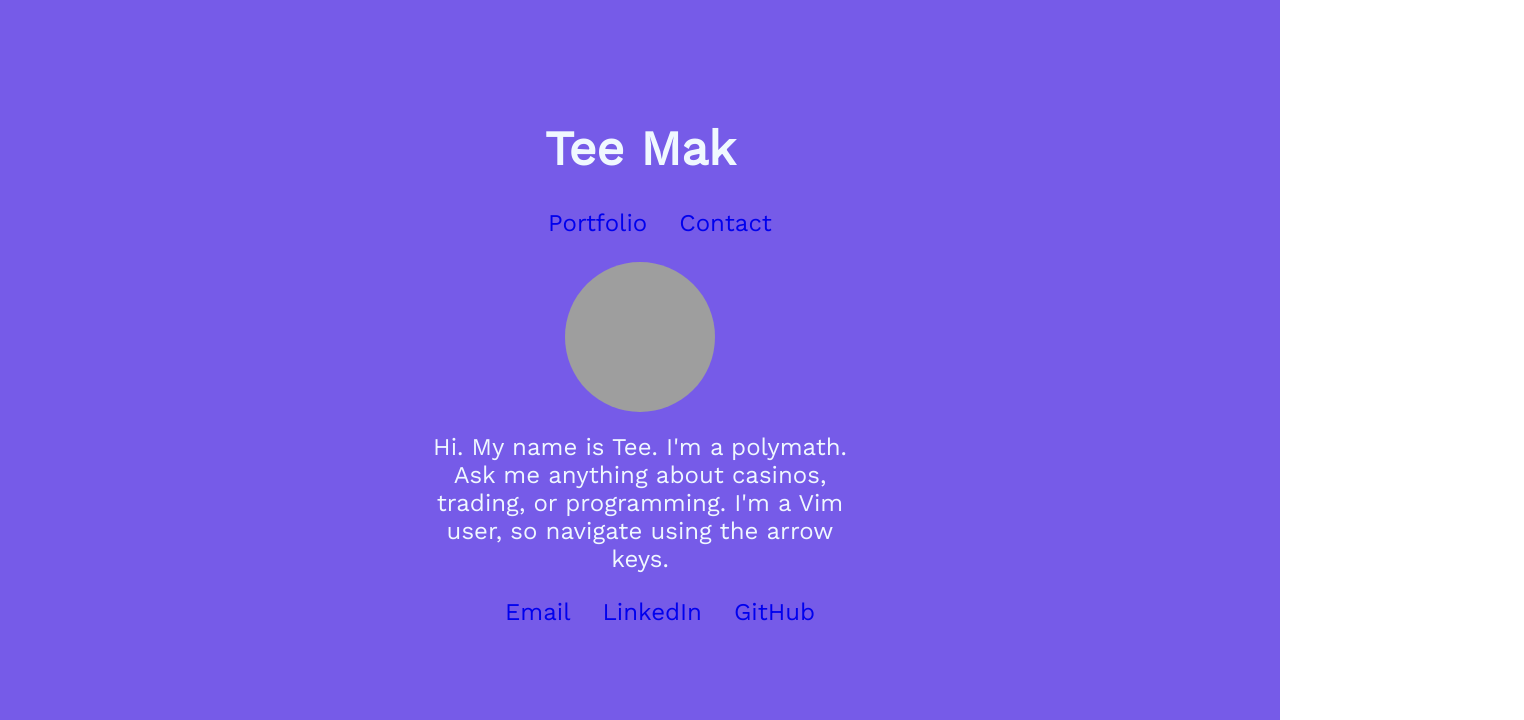
Repository: BAAMOSK/my-portfolio
Page: index.html
The author's editor kept a copy of each file at every save. The page is drawn from the files as they stood at one save, then again after the next save.
The browser window is 1280 px wide. The page is 1280 px wide, then 1524 px, so the pictures cover 1524 px, including what lies to the right of the window. The pictures show the part of the page from y = 0 to 784 px (the page is 720 px tall before and 1236 px after).
Pictures or frames that could not be fetched are drawn as grey boxes. Some web libraries are served in a nearby version.

Above is the page before, as saved 2017-06-06 23:25:35.

### index.html
<!doctype HTML>
<html lang="en">
<head>
  <meta charset="utf-8">
  <meta name="viewport" content="width=device-width, initial-scale=1">
  <title>Tee Mak</title>
  <link href="https://fonts.googleapis.com/css?family=Work+Sans" rel="stylesheet">
  <link rel="stylesheet" href="styles.css">
</head>
<body id='root'>
  <script src="https://ajax.googleapis.com/ajax/libs/jquery/3.2.1/jquery.min.js"></script>
  <script src="app.js"></script>
</body>
</html>

### styles.css

body {
	margin: 0;
	padding: 0;
	border: 0;
	font-size: 1.5em;
	font-family: 'Work Sans', sans-serif;
	color: aliceblue;
}

header {
	text-align: center;
}

.bio {
	position: fixed;
	height: 100%;
	width: 100%;
	background: #765BE8;
}

.work {
	background: #709DFF;
}

.contact {
	background: #E38FFF;
}

.showcase {
	width: 50%;
	margin: 0 auto;
	text-align: center;
}

.name {
	margin-top: 120px;
}

.headshot {
	border-radius: 50%;
}

.main-nav ul, .contact-links ul, .project-links ul {
	margin: 25px;
	list-style: none;
	display: flex;
	justify-content: center;
}

.main-nav ul li a, .contact-links ul li a, .project-links ul li a {
	margin: 0 16px;
	text-decoration: none;
}

#about {
	width: 65%;
	margin: 15px auto;
}

.work {
	width: 50%;
	margin: 0 auto;
}

h2, h3 {
	text-align: center;
}

.project {
	width: 100%;
}

.images {
	margin: 0 126px;
}

.primary-projects, .ancillary-projects {
	display: flex;
	justify-content: space-around;
}

.project-stack {
	list-style: none;
	text-align: center;
}

.project-description {
	width: 100%;
	text-align: center;
}

### app.js
const greeting = 'Hi! My name is Tee. Like what you see? Contact me @ bunth667@gmail.com.';

$(document).ready(function() {
  console.log(greeting);
  $('#root').html(state.templates[0]);
});


const main = `<header class="bio">
                <div class="showcase">
                  <h1 class="name">
                    Tee Mak
                  </h1>
                  <nav class="main-nav">
                    <ul>
                      <li class="main-nav-link"><a href="#work">Portfolio</a></li>
                      <li class="main-nav-link"><a href="#contact">Contact</a></li>
                    </ul>
                  </nav>
                  <img class="headshot" src="http://unsplash.it/150/150" alt="J. Random Hacker headshot">
                    <p class="about" id="about">
                      Hi. My name is Tee. I'm a polymath. Ask me anything about casinos, trading, or programming. I'm a Vim user, so navigate using the arrow keys.
                    </p>
                  <nav class="contact-links">
                    <ul>
                      <li class="contact-link contact-link-email"><a href="mailto:jrandomhacker@example.com">Email</a></li>
                      <li class="contact-link contact-link-linkedin"><a href="https://www.linkedin.com">LinkedIn</a></li>
                      <li class="contact-link contact-link-github"><a href="https://www.github.com">GitHub</a></li>
                    </ul>
                  </nav>
                </div>
              </header>`;

const portfolio = `<section class="work" id="work">
                    <h2>Portfolio</h2>
                    <div class="primary-projects">
                      <section class="project">
                        <h3>Regulator</h3>
                          <div class="images">
                            <img class="project-image" src="http://unsplash.it/350/150?random&amp;bust=1" alt="Frobnicator screenshot">
                          </div>
                        <p class="project-description">
                          Lorem Ipsum is simply dummy text of the printing and typesetting industry. Lorem Ipsum has been the industry's standard dummy
                          text ever since the 1500s, when an unknown printer took a galley of type and scrambled it to make a type
                          specimen book.
                        </p>
                        <ul class="project-stack">
                          <li class="project-stack-item">
                            React
                          </li>
                          <li class="project-stack-item">
                          Redux
                          </li>
                          <li class="project-stack-item">
                          Node.js
                          </li>
                        </ul>
                        <nav class="project-links">
                          <ul>
                            <li class="project-link project-link-live">
                              <a href="#">Live demo</a>
                            </li>
                            <li class="project-link project-link-github">
                              <a href="#">Source code</a>
                            </li>
                          </ul>
                        </nav>
                      </section>
                      <section class="project">
                        <h3>FooBar</h3>
                          <div class="images">
                            <img class="project-image" src="http://unsplash.it/350/150?random&amp;bust=2" alt="FooBar screenshot">
                          </div>
                          <p class="project-description">
                            A foo which allows you to bar other bazes.
                          </p>
                          <ul class="project-stack">
                            <li class="project-stack-item">
                              React
                            </li>
                            <li class="project-stack-item">
                              Redux
                            </li>
                            <li class="project-stack-item">
                              Node.js
                            </li>
                          </ul>
                        <nav class="project-links">
                          <ul>
                            <li class="project-link project-link-live">
                              <a href="#">Live demo</a>
                            </li>
                            <li class="project-link project-link-github">
                              <a href="#">Source code</a>
                            </li>
                          </ul>
                        </nav>
                      </section>
                    </div>
                    <div class="ancillary-projects">
                      <section class="project">
                        <h3>AliceBob</h3>
                        <div class="images">
                          <img class="project-image" src="http://unsplash.it/350/150?random&amp;bust=3" alt="AliceBob screenshot">
                        </div>
                        <p class="project-description">
                          An Alice which allows you to Bob other Eves.
                        </p>
                        <ul class="project-stack">
                          <li class="project-stack-item">
                            React
                          </li>
                          <li class="project-stack-item">
                            Redux
                          </li>
                          <li class="project-stack-item">
                            Node.js
                          </li>
                        </ul>
                        <nav class="project-links">
                          <ul>
                          <li class="project-link project-link-live">
                              <a href="#">Live demo</a>
                          </li>
                          <li class="project-link project-link-github">
                              <a href="#">Source code</a>
                          </li>
                          </ul>
                        </nav>
                      </section>
                    <section class="project">
                      <h3>Wibble</h3>
                        <div class="images">
                          <img class="project-image" src="http://unsplash.it/350/150?random&amp;bust=4" alt="Wibble screenshot">
                        </div>
                        <p class="project-description">
                          A wibble which allows you to wobble other wubbles.
                        </p>
                      <ul class="project-stack">
                        <li class="project-stack-item">
                          React
                        </li>
                        <li class="project-stack-item">
                          Redux
                        </li>
                        <li class="project-stack-item">
                          Node.js
                        </li>
                      </ul>
                      <nav class="project-links">
                        <ul>
                          <li class="project-link project-link-live">
                            <a href="#">Live demo</a>
                          </li>
                          <li class="project-link project-link-github">
                            <a href="#">Source code</a>
                          </li>
                        </ul>
                      </nav>
                    </section>
                  </div>
                </section>`;

const contact = `<section class="contact" id="contact">
                  <h2>Contact me</h2>
                    <nav class="contact-links">
                      <ul>
                        <li class="contact-link contact-link-email"><a href="mailto:jrandomhacker@example.com">Email</a>
                        <li class="contact-link contact-link-linkedin"><a href="https://www.linkedin.com">LinkedIn</a>
                        <li class="contact-link contact-link-github"><a href="https://www.github.com">GitHub</a>
                      </ul>
                    </nav>
                </section>`;

const state = {
  templates: [main, portfolio, contact]
}

After the next save:
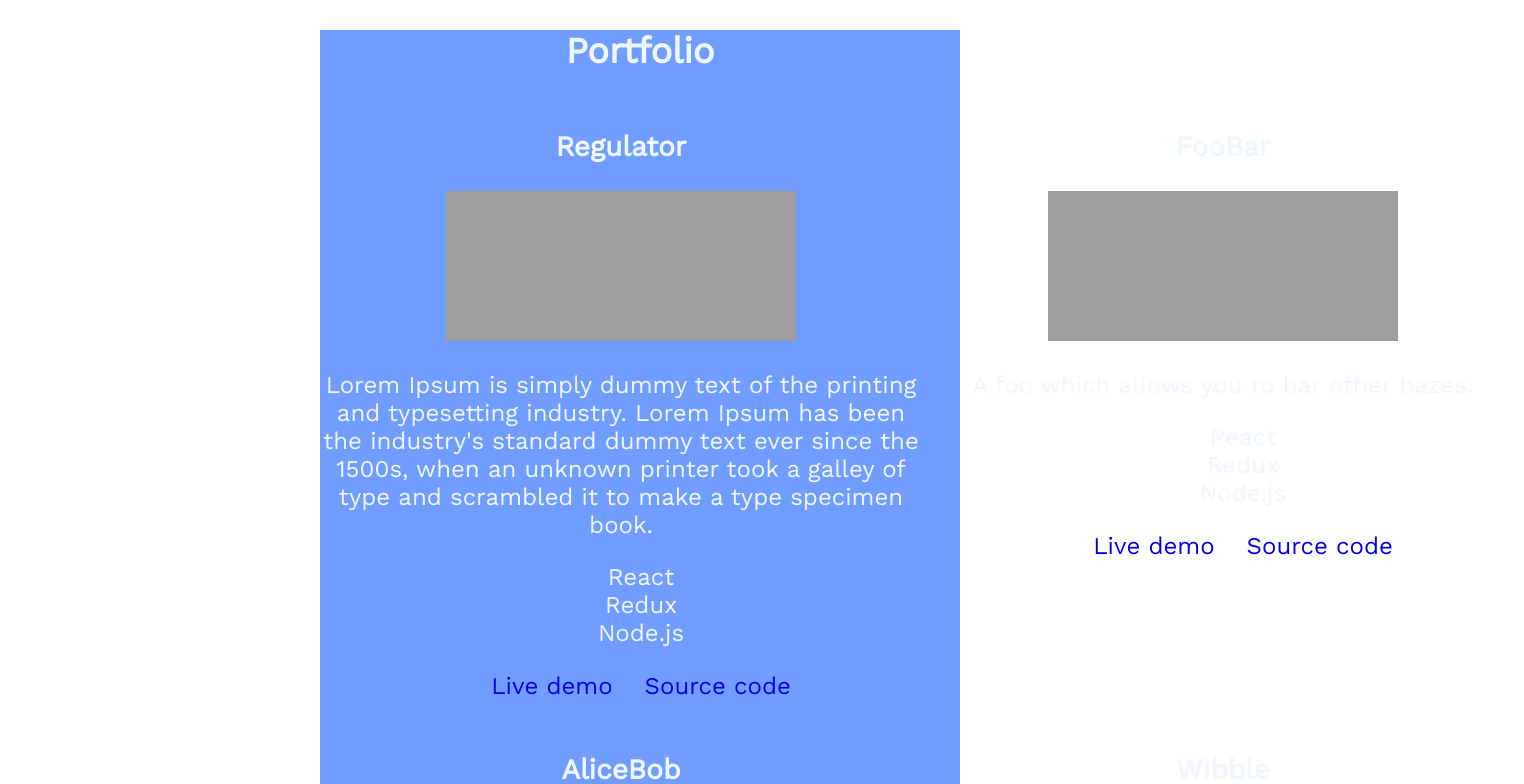
Saved 5 s later.
--- a/app.js
+++ b/app.js
@@ -2,7 +2,7 @@
 
 $(document).ready(function() {
   console.log(greeting);
-  $('#root').html(state.templates[0]);
+  $('#root').html(state.templates[1]);
 });
 
 
